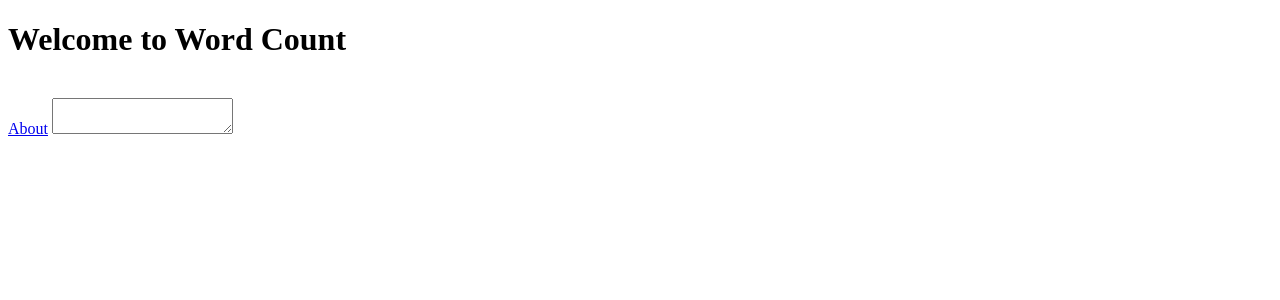
Repository: Space20001/word-count-project
Page: http://localhost/
These files come from the project's save history. The page is drawn as it stood at one moment and after a run of saves; the edit follows.
The browser window is 1280 px wide. The pictures show the whole page.
The page is served by the project's application, run on Django 3.2 (manage.py). Other server files are loaded and not shown.

Above is the page before, as saved 2020-04-19 19:03:22.

### templates/count/home.html
<!DOCTYPE html>
<html>
<body>

<h1>Welcome to Word Count</h1>

<br>
<a href="urls about.html">About</a>


<textarea ></textarea>


</body>

</html>

### count/views.py
from django.shortcuts import render

# Create your views here.
def home(request):
    return render(request, 'count/home.html', {})

def about(request):
    return render(request, 'count/about.html', {about: 'about'})

### wordcount/urls.py
"""wordcount URL Configuration

The `urlpatterns` list routes URLs to views. For more information please see:
    https://docs.djangoproject.com/en/3.0/topics/http/urls/
Examples:
Function views
    1. Add an import:  from my_app import views
    2. Add a URL to urlpatterns:  path('', views.home, name='home')
Class-based views
    1. Add an import:  from other_app.views import Home
    2. Add a URL to urlpatterns:  path('', Home.as_view(), name='home')
Including another URLconf
    1. Import the include() function: from django.urls import include, path
    2. Add a URL to urlpatterns:  path('blog/', include('blog.urls'))
"""
from django.contrib import admin
from django.urls import path, include

urlpatterns = [
    path('', include('count.urls')),
    path('admin/', admin.site.urls),
]

### count/urls.py
from django.urls import path
from . import views

urlpatterns = [
    path('', views.home),
    path('', views.about),

]

After the next 5 saves:
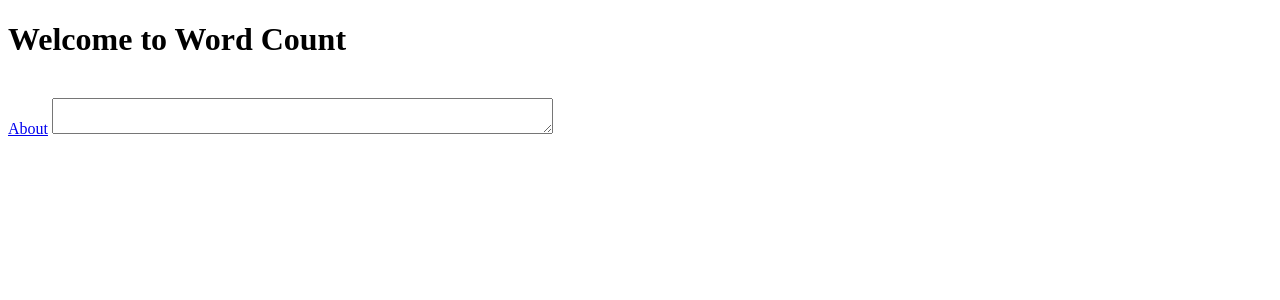
The 5 saves are shown as one change because they came seconds apart.
The last was saved 14 s later.
--- a/templates/count/home.html
+++ b/templates/count/home.html
@@ -8,7 +8,7 @@
 <a href="urls about.html">About</a>
 
 
-<textarea ></textarea>
+<textarea cols="60"></textarea>
 
 
 </body>
